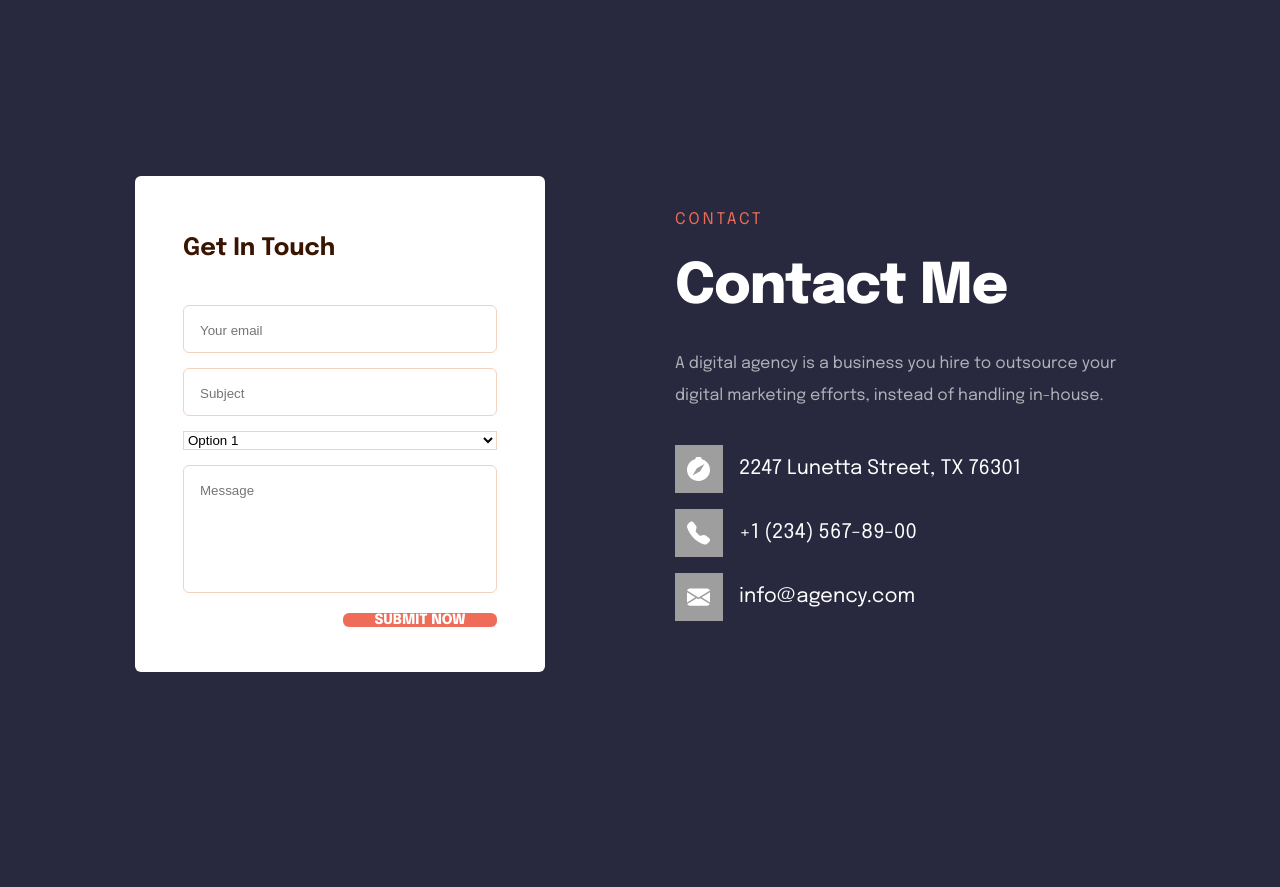
Repository: NatiqSamiyev/form-task-2
Page: index.html
The author's editor kept a copy of each file at every save. The page is drawn from the files as they stood at one save, then again after the next save.
The browser window is 1280 px wide. The pictures show the whole page.
Pictures or frames that could not be fetched are drawn as grey boxes. Some web fonts or font styles are not loaded; a fallback is used.

Above is the page before, as saved 2023-10-26 11:33:34.

### index.html
<!DOCTYPE html>
<html lang="en">
  <head>
    <meta charset="UTF-8" />
    <meta name="viewport" content="width=device-width, initial-scale=1.0" />
    <title>Document</title>
    <link rel="stylesheet" href="index.css" />
  </head>
  <body>
    <div class="contact-container">
      <form action="">
        <h1>Get In Touch</h1>
        <label for="">
          <input type="email" placeholder="Your email" class="email-input" />
        </label>

        <label for="">
          <input type="text" placeholder="Subject" class="subject-input" />
        </label>
       <select name="" id="">

        <option value="">Option 1</option>
        <option value="">Option 2</option>

       </select>
        <label for="">
          <input
            class="text-message"
            placeholder="Message"
            class="message-input"
          />
        </label>

        <button>Submit Now</button>
      </form>

      <div class="info-box">
        <div class="text-box">
          <h2>Contact</h2>
          <h3>Contact Me</h3>
          <p>
            A digital agency is a business you hire to outsource your digital
            marketing efforts, instead of handling in-house.
          </p>
        </div>

        <ul>
          <li>
            <img class="image-1" src="./image/Oval.svg" alt="" />
            <img class="image-2" src="./image/Shape.svg" alt="" />
            <p>2247 Lunetta Street, TX 76301</p>
          </li>

          <li>
            <img class="image-1" src="./image/Oval.svg" alt="" />
            <img class="image-2" src="./image/Path.svg" alt="" />
            <p>+1 (234) 567-89-00</p>
          </li>

          <li>
            <img class="image-1" src="./image/Oval.svg" alt="" />
            <img class="image-2" src="./image/Shape (1).svg" alt="" />
            <p>info@agency.com</p>
          </li>
        </ul>
      </div>
    </div>
  </body>
  <script src="/index.js"></script>
</html>

### index.css
@import url("https://fonts.googleapis.com/css2?family=Epilogue:wght@400;600;700;800&family=Inter:wght@400;500;600;700&family=Laila:wght@700&family=Open+Sans:wght@400;600;700;800&family=Roboto+Slab:wght@700&family=Roboto:wght@400;700&display=swap");

* {
  margin: 0;
  padding: 0;
  box-sizing: border-box;
}

.contact-container {
  width: 100%;
  min-height: 100vh;
  padding: 176px 135px 208px 135px;
  background: #28293e;
  display: flex;
  justify-content: space-between;
}

form {
  width: 570px;
  height: 496px;
  padding: 57px 48px 48px 48px;
  border-radius: 6px;
  background: #fff;
  display: flex;
  flex-direction: column;
  gap: 15px;
}

form h1 {
  margin-bottom: 25px;
  color: var(--Text_Dark, #391400);
  font-feature-settings: "clig" off, "liga" off;
  font-family: Epilogue;
  font-size: 24px;
  font-style: normal;
  font-weight: 700;
  line-height: 32px;
}

label {
  width: 100%;
}

input {
  width: 100%;
  height: 48px;
  padding: 9px 15px 7px 16px;
  border-radius: 6px;
  border: 1px solid #f3d1bf;
  background: #fff;
}

.text-message {
  height: 128px;
  padding: 9px 16px 87px 16px;
  margin-bottom: 5px;
}

form button {
  width: 154px;
  margin-left: auto;
  height: 248px;
  border-radius: 6px;
  background: #ef6d58;
  border: none;
  color: #fff;
  text-align: center;
  font-family: Epilogue;
  font-size: 14px;
  font-style: normal;
  font-weight: 900;
  line-height: normal;
  text-transform: uppercase;
}

.info-box {
  margin-left: 130px;
  padding: 28px 0 58px 0;
}

.text-box {
  width: 470px;
  margin-bottom: 33px;
}

h2 {
  margin-bottom: 20px;
  color: var(--Text_Light_Accent, #ef6d58);
  font-feature-settings: "clig" off, "liga" off;
  font-family: Epilogue;
  font-size: 16px;
  font-style: normal;
  font-weight: 400;
  line-height: 32px;
  letter-spacing: 3px;
  text-transform: uppercase;
}

h3 {
  margin-bottom: 28px;
  color: var(--Text_Light, #fff);
  font-feature-settings: "clig" off, "liga" off;
  font-family: Epilogue;
  font-size: 56px;
  font-style: normal;
  font-weight: 800;
  line-height: 64px;
  letter-spacing: -1px;
}

.text-box p {
  color: var(--Text_Light_Gray, rgba(255, 255, 255, 0.64));
  font-feature-settings: "clig" off, "liga" off;
  font-family: Epilogue;
  font-size: 16px;
  font-style: normal;
  font-weight: 400;
  line-height: 32px;
}

ul li {
  list-style-type: none;
  display: flex;
  align-items: center;
}

.image-1 {
  width: 48px;
  height: 48px;
  fill: #ef6d58;
  position: relative;
}

.image-2 {
  width: 23px;
  height: 24px;
  fill: #fff;
  position: absolute;
  margin-left: 12px;
  /* margin-bottom: 0px; */
}

ul li p {
  margin-left: 16px;
  color: var(--Text_Light, #fff);
  font-feature-settings: "clig" off, "liga" off;
  font-family: Epilogue;
  font-size: 20px;
  font-style: normal;
  font-weight: 400;
  line-height: 32px;
}

ul li:nth-child(2) {
  margin-top: 16px;
}

ul li:last-child {
  margin-top: 16px;
}

select{
  pa
  border-radius: 6px;
border: 1px solid #F3D1BF;

background: #FFF;
}

### index.js
let btn = document.querySelector("button");
let form = document.querySelector("form");
let emailInput = document.querySelector(".email-input");
let subjectInput = document.querySelector(".subject-input");
let messageInput = document.querySelector(".message-input");

// btn.addEventListener("click", submitForm);
form.addEventListener("submit", submitForm);
function submitForm(a) {
  a.preventDefault();
  console.log(subjectInput.value, emailInput.value);
}

// emailInput.addEventListener("");

After the next save:
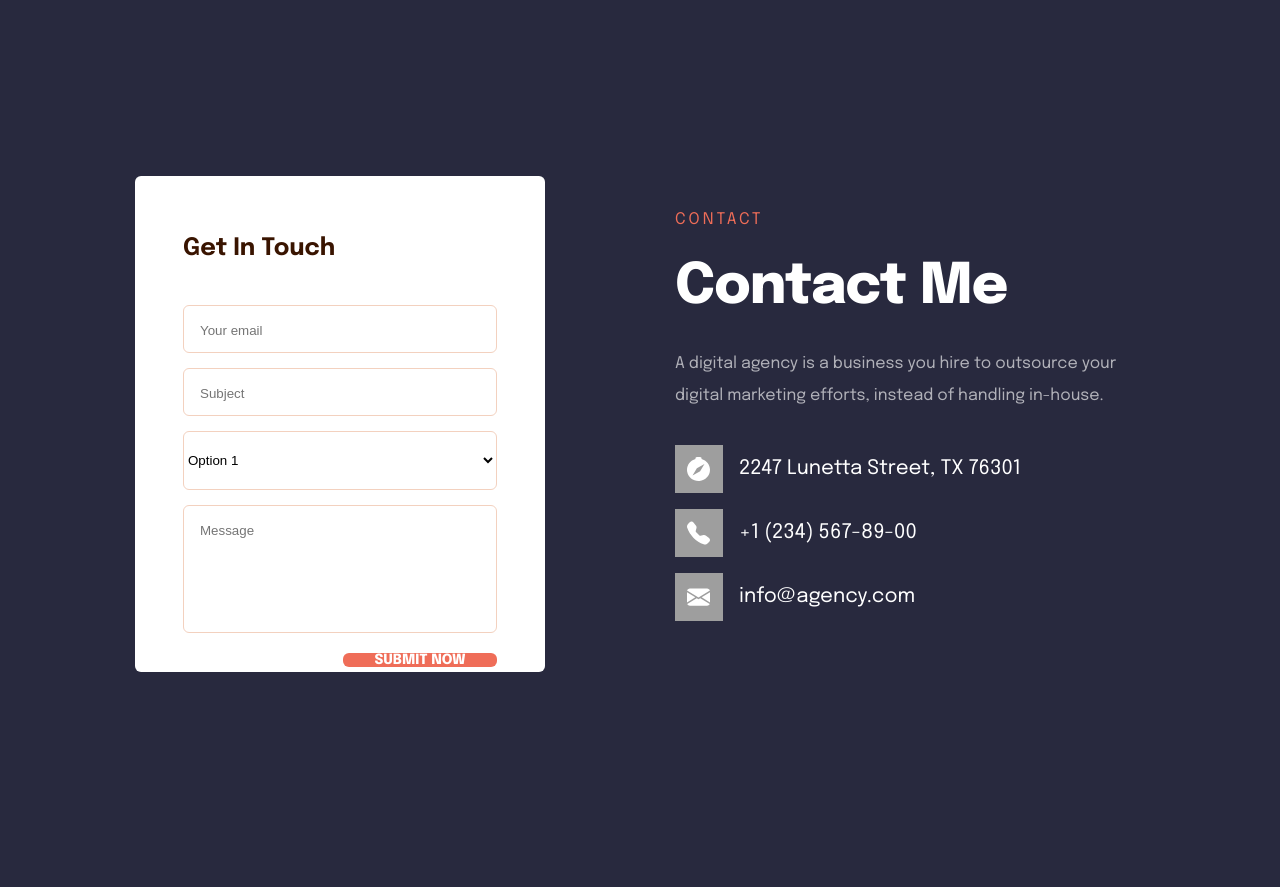
Saved 4 s later.
--- a/index.css
+++ b/index.css
@@ -160,7 +160,7 @@ ul li:last-child {
 }
 
 select{
-  pa
+  padding: 20px 0;
   border-radius: 6px;
 border: 1px solid #F3D1BF;
 
